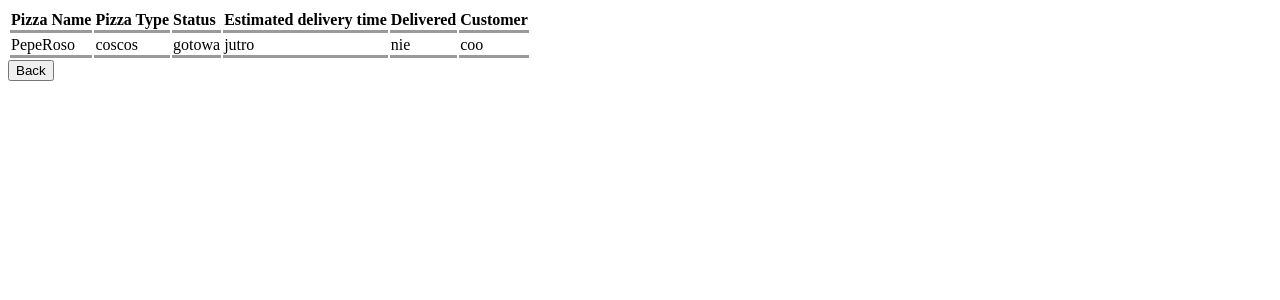
Repository: wisni4k/html-trainee
Page: testWeb/WebContent/OrdersList.html
The author's editor kept a copy of each file at every save. The page is drawn from the files as they stood at one save, then again after the next save.
The browser window is 1280 px wide. The pictures show the whole page.

Above is the page before, as saved 2015-07-10 13:16:20.

### testWeb/WebContent/OrdersList.html
<!DOCTYPE html>
<html>
<head>
<meta charset="UTF-8">
<title>Insert title here</title>
<link rel="stylesheet" type="text/css" href="TableStyle.css">
</head>
<body>

	<table>
		<tr>
			<td><b>Pizza Name</b></td>
			<td><b>Pizza Type</b></td>
			<td><b>Status </b></td>
			<td><b>Estimated delivery time</b></td>
			<td><b>Delivered</b></td>
			<td><b>Customer</b></td>

		</tr>
		<tr>
			<td>PepeRoso</td>
			<td>coscos</td>
			<td>gotowa</td>
			<td>jutro</td>
			<td>nie</td>
			<td>coo</td>
		</tr>
	</table>
	<form action="Formularz.html">
		<input type="submit" value="Back">
	</form>

</body>
</html>

### testWeb/WebContent/TableStyle.css
@CHARSET "UTF-8";

table td{
	border-collapse: collapse;
	margin-left: auto;
	margin-right: auto;
	border-bottom-style: outset;
}

After the next save:
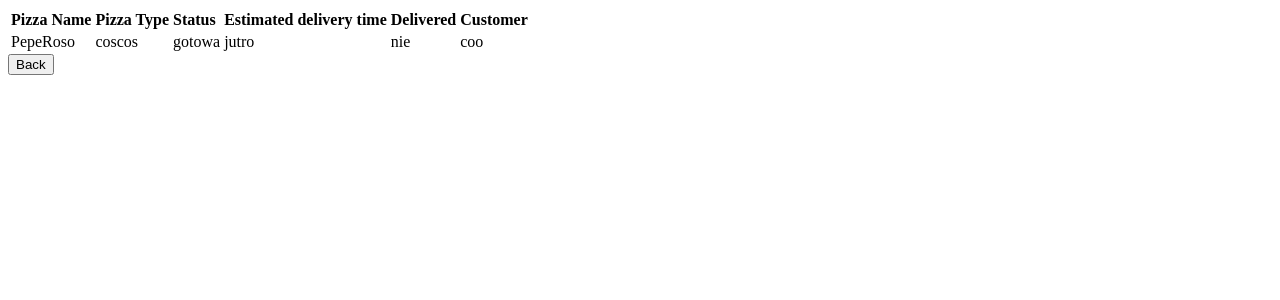
Saved 5 s later.
--- a/testWeb/WebContent/TableStyle.css
+++ b/testWeb/WebContent/TableStyle.css
@@ -4,5 +4,5 @@ table td{
 	border-collapse: collapse;
 	margin-left: auto;
 	margin-right: auto;
-	border-bottom-style: outset;
+	border-bottom-style: inherit;
 }
